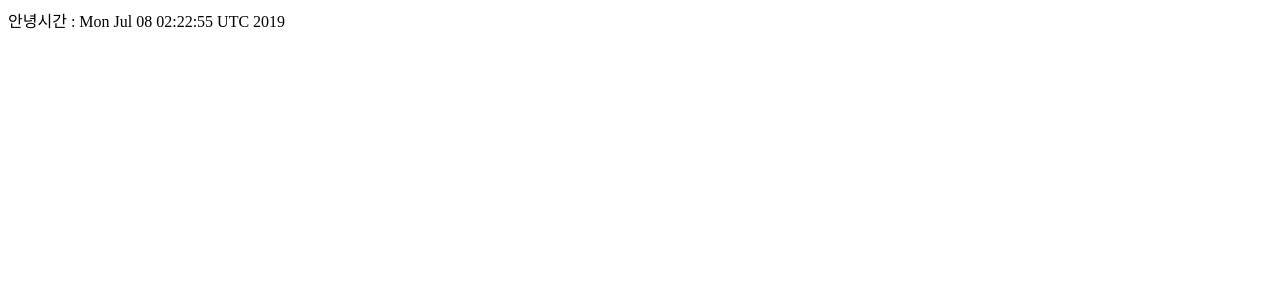
Repository: fhwang2/WEB
Page: http://localhost/190708_JSP/
The author's editor kept a copy of each file at every save. The page is drawn from the files as they stood at one save, then again after the next save.
The browser window is 1280 px wide. The pictures show the whole page.
The page is served by Tomcat 9.

Above is the page before, as saved 2019-07-08 06:04:18.

After the next save:
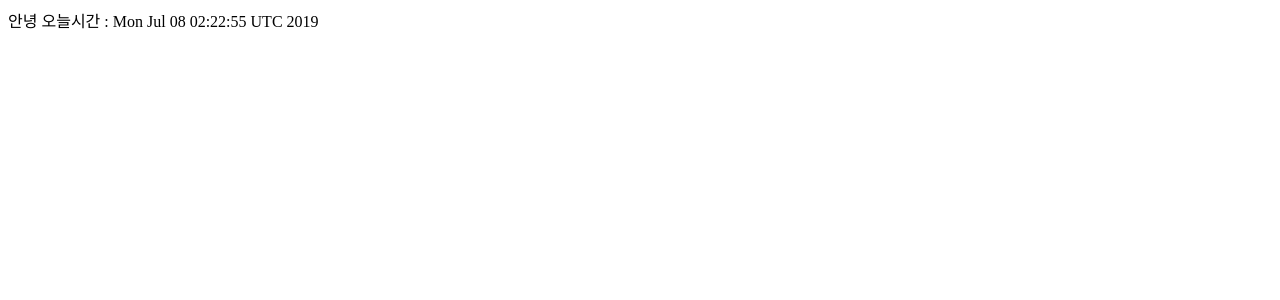
Saved 27 s later.
--- a/190708_JSP/WebContent/index.jsp
+++ b/190708_JSP/WebContent/index.jsp
@@ -14,7 +14,8 @@
 <body>
 <%
 	out.write("안녕");
-	out.write("시간 : "+d);   //out.write()는 data 타입을 출력할 수 없어 문자열로 출력
+	out.println();
+	out.write("오늘시간 : "+d);   //out.write()는 data 타입을 출력할 수 없어 문자열로 출력
 %>
 </body>
 </html>
